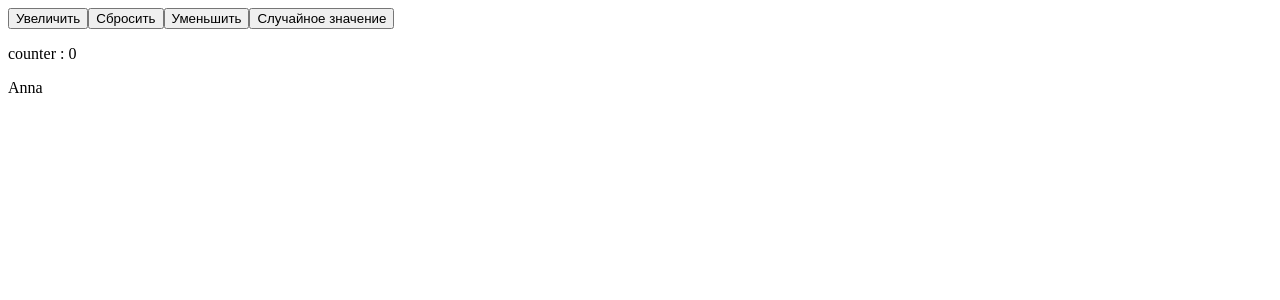
Repository: savannaaaas/todoUseState
Page: /
The author's editor kept a copy of each file at every save. The page is drawn from the files as they stood at one save, then again after the next save.
The browser window is 1280 px wide. The pictures show the whole page.
The project was rebuilt for these pictures with package versions that can differ from the ones it lists, and the page was loaded fresh each time. Also part of the build but not shown: vite.config.js.

Above is the page before, as saved 2025-04-22 19:27:34.

After the next save:
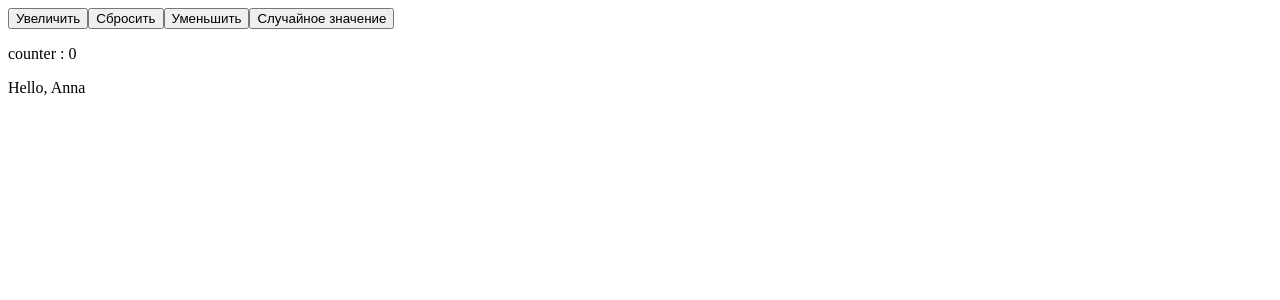
Saved 20 s later.
--- a/src/ChildComponent.jsx
+++ b/src/ChildComponent.jsx
@@ -2,7 +2,7 @@
 const ChildComponent = ({name})=>{
     return (
         <div>
-            <p>{name}</p>
+            <p>Hello, {name}</p>
         </div>
     )
 
